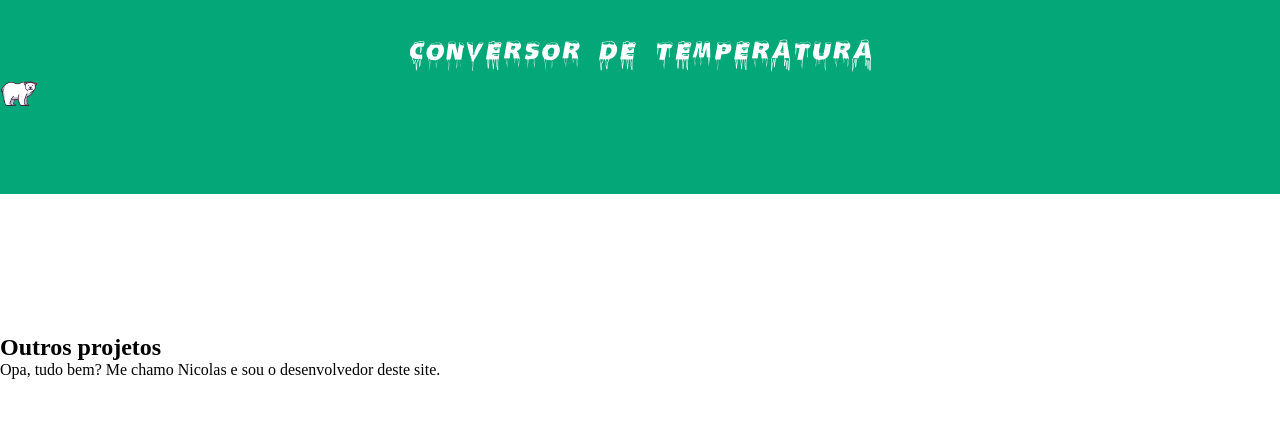
Repository: Leonngc/Conversor-de-temperatura
Page: projects.html
These files come from the project's save history. The page is drawn as it stood at one moment and after the next save; the edit follows.
The browser window is 1280 px wide. The pictures show the whole page.
Some icons come from a web library that is not loaded, so they are not drawn.

Above is the page before, as saved 2023-02-12 01:18:17.

After the next save:
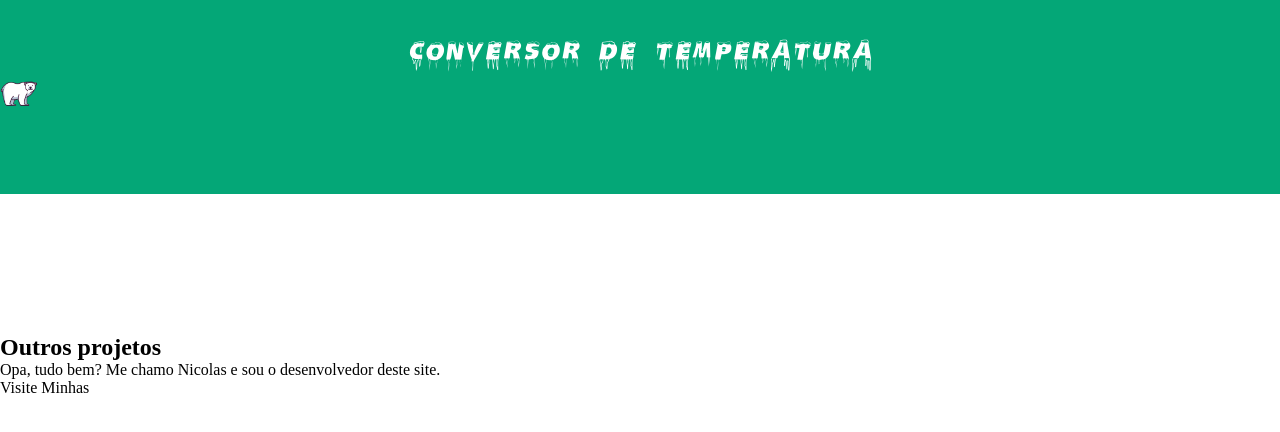
Saved 8 s later.
--- a/projects.html
+++ b/projects.html
@@ -25,7 +25,7 @@
     </header>
     <main>
         <h2>Outros projetos</h2>
-        <p>Opa, tudo bem? Me chamo Nicolas e sou o desenvolvedor deste site. </p>
+        <p>Opa, tudo bem? Me chamo Nicolas e sou o desenvolvedor deste site. <br> Visite  Minhas</p>
     </main>
 
 </body>
